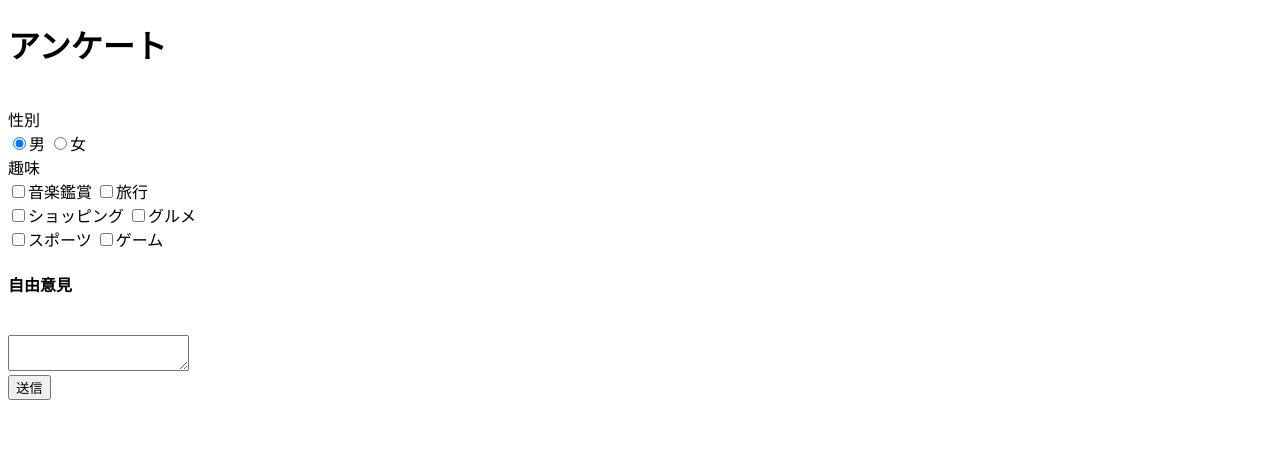
Repository: aiueo20/18ca0155
Page: SSP/kadai0202/WebContent/index.html
An editor plug-in stored every save of this project. The page is shown before and after the next save, followed by the edit.
The browser window is 1280 px wide. The pictures show the whole page.

Above is the page before, as saved 2018-11-26 06:25:17.

### SSP/kadai0202/WebContent/index.html
<!DOCTYPE html>
<html>
<head>
<meta charset="UTF-8">
<title>Insert title here</title>
</head>
<body>
	<form action="/kadai0202/EnqServlet" method="get">
		<h1>アンケート</h1><br>
		性別<br><input type="radio" name="gender" value="男" checked>男
		<input type="radio" name="gender" value="女">女<br>
		趣味<br>
		<input type="checkbox" name="hobby" value="音楽鑑賞">音楽鑑賞
		<input type="checkbox" name="hobby" value="旅行">旅行<br>
		<input type="checkbox" name="hobby" value="ショッピング">ショッピング
		<input type="checkbox" name="hobby" value="グルメ">グルメ<br>
		<input type="checkbox" name="hobby" value="スポーツ">スポーツ
		<input type="checkbox" name="hobby" value="ゲーム">ゲーム<br>

		<h4>自由意見</h4><br>
		<textarea name="tarea"></textarea><br>
		<input type="submit" value="送信">
	</form>
</body>
</html>

After the next save:
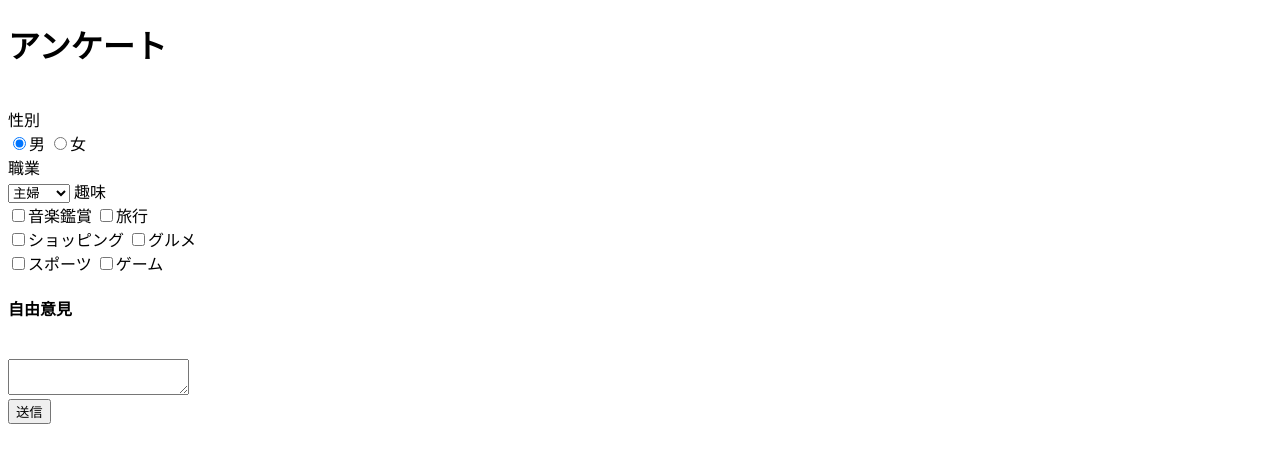
Saved 33 s later.
--- a/SSP/kadai0202/WebContent/index.html
+++ b/SSP/kadai0202/WebContent/index.html
@@ -9,6 +9,12 @@
 		<h1>アンケート</h1><br>
 		性別<br><input type="radio" name="gender" value="男" checked>男
 		<input type="radio" name="gender" value="女">女<br>
+		職業<br>
+		<select name = "job">
+		<option value = "主婦">主婦</option>
+		<option value = "会社員">会社員</option>
+		<option value = "その他">その他</option>
+	</select>
 		趣味<br>
 		<input type="checkbox" name="hobby" value="音楽鑑賞">音楽鑑賞
 		<input type="checkbox" name="hobby" value="旅行">旅行<br>
